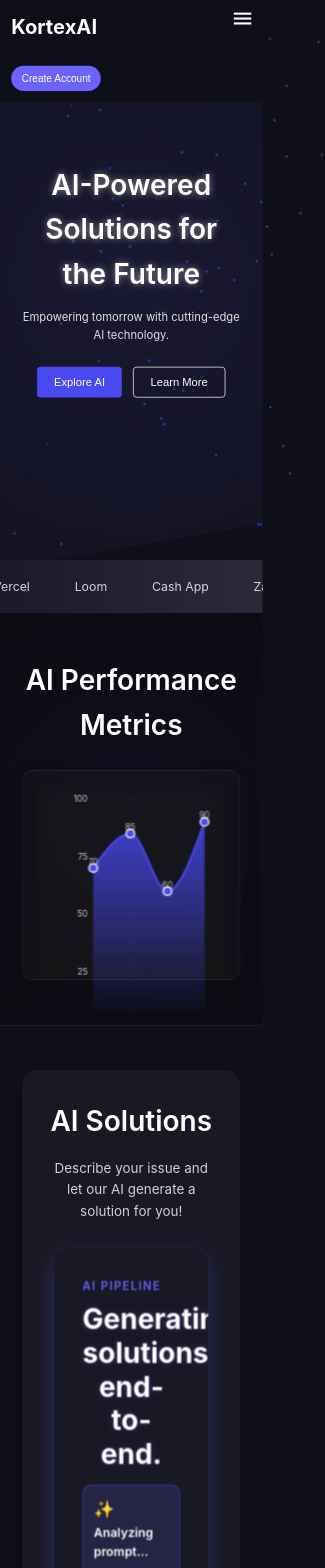
Repository: Rayyy-dev/Kortex-AI
Page: /
These files come from the project's save history. The page is drawn as it stood at one moment and after a run of saves; the edit follows.
The browser window is 375 px wide. The page is 462 px wide, then 464 px, so the pictures cover 464 px, including what lies to the right of the window. The pictures show the part of the page from y = 0 to 2240 px (the page is 5757 px tall before and 4954 px after), at 70% of full size.
The project was rebuilt for these pictures with package versions that can differ from the ones it lists, and the page was loaded fresh each time.

Above is the page before, as saved 2024-10-15 20:43:39.

### src/App.css
/* General Reset */
* {
  margin: 0;
  padding: 0;
  box-sizing: border-box;
}

:root {
  --primary-color: #6C63FF;
  --secondary-color: #4A47B1;
  --background-color: #0F0F1A;
  --text-color: #FFFFFF;
  --accent-color: #FF6B6B;
  --gradient-start: rgba(108, 99, 255, 0.1);
  --gradient-end: rgba(74, 71, 177, 0.05);
}

body {
  font-family: 'Inter', sans-serif;
  background-color: var(--background-color);
  color: var(--text-color);
  margin: 0;
  line-height: 1.6;
}

/* Navbar Styling */
.header {
  display: flex;
  justify-content: space-between;
  align-items: center;
  padding: 1rem 5%;
  background-color: rgba(15, 15, 26, 0.95);
  backdrop-filter: blur(10px);
  position: fixed;
  top: 0;
  left: 0;
  right: 0;
  z-index: 1000;
  transition: all 0.3s ease;
}

.logo {
  font-size: 1.8rem;
  font-weight: bold;
  color: var(--text-color);
}

.nav {
  display: flex;
}

.nav ul {
  display: flex;
  list-style: none;
  margin: 0;
  padding: 0;
}

.nav ul li {
  margin-left: 2rem;
}

.nav ul li a {
  color: var(--text-color);
  text-decoration: none;
  font-size: 1rem;
  transition: color 0.3s ease;
}

.nav ul li a:hover {
  color: var(--primary-color);
}

.create-account-btn {
  background-color: var(--primary-color);
  color: var(--text-color);
  padding: 0.75rem 1.5rem;
  border: none;
  border-radius: 25px;
  cursor: pointer;
  font-size: 1rem;
  transition: all 0.3s ease;
}

.create-account-btn:hover {
  background-color: var(--secondary-color);
  transform: translateY(-2px);
}

.menu-toggle {
  display: none;
  flex-direction: column;
  cursor: pointer;
}

.menu-toggle span {
  width: 25px;
  height: 3px;
  background-color: #ffffff;
  margin: 2px 0;
  transition: all 0.3s ease;
}

/* Main Section with Improved Gradient */
.main-section {
  background-color: var(--background-color);
  min-height: 100vh;
  display: flex;
  justify-content: center;
  align-items: center;
  position: relative;
  overflow: hidden;
}

.main-section::before {
  content: '';
  position: absolute;
  top: -50%;
  left: -50%;
  right: -50%;
  bottom: -50%;
  background:
    radial-gradient(
      circle at center,
      var(--gradient-start) 0%,
      var(--gradient-end) 50%,
      transparent 75%
    );
  animation: rotateGradient 30s linear infinite;
  z-index: 1;
}

.content-container {
  position: relative;
  z-index: 2;
  text-align: center;
  max-width: 800px;
  padding: 2rem;
}

.main-title {
  font-size: 3.5rem;
  margin-bottom: 1rem;
  color: var(--text-color);
  text-shadow: 0 0 10px rgba(108, 99, 255, 0.5);
}

.main-subtitle {
  font-size: 1.2rem;
  margin-bottom: 2rem;
  color: rgba(255, 255, 255, 0.8);
}

@keyframes rotateGradient {
  0% { transform: rotate(0deg); }
  100% { transform: rotate(360deg); }
}

/* Particle Effect */
@keyframes float {
  0%, 100% {
    transform: translate(0, 0);
    opacity: 0;
  }
  10%, 90% {
    opacity: 1;
  }
  50% {
    transform: translate(100px, -100px);
  }
}

.particle {
  position: absolute;
  width: 4px;
  height: 4px;
  background-color: rgba(74, 74, 240, 0.6);
  pointer-events: none;
  border-radius: 50%;
  animation: float linear infinite;
  z-index: 2;
}

/* Light Effect */
.light-effect {
  position: absolute;
  top: 0;
  left: 0;
  width: 100%;
  height: 100%;
  background: radial-gradient(circle, rgba(74, 74, 240, 0.2) 0%, rgba(74, 74, 240, 0) 70%);
  pointer-events: none;
  z-index: 3;
}

.content-container {
  position: relative;
  z-index: 4;
  text-align: center;
  max-width: 800px;
  padding: 2rem;
}

.main-title {
  font-size: 3rem;
  margin-bottom: 1rem;
  color: #ffffff;
  text-shadow: 0 0 10px rgba(255, 255, 255, 0.5);
}

.main-subtitle {
  font-size: 1.2rem;
  margin-bottom: 2rem;
  color: #e0e0e0;
}

/* Button Styling */
.buttons {
  display: flex;
  justify-content: center;
  gap: 1rem;
}

.open-app-btn,
.discover-more-btn {
  padding: 0.75rem 1.5rem;
  font-size: 1rem;
  border: none;
  border-radius: 5px;
  cursor: pointer;
  transition: all 0.3s ease;
}

.open-app-btn {
  background-color: #4a4af0;
  color: #ffffff;
}

.open-app-btn:hover {
  transform: translateY(-2px);
  box-shadow: 0 5px 15px rgba(255, 255, 255, 0.1);
}

.discover-more-btn {
  background-color: transparent;
  color: #ffffff;
  border: 1px solid #ffffff;
}

.discover-more-btn:hover {
  transform: translateY(-2px);
  box-shadow: 0 5px 15px rgba(255, 255, 255, 0.1);
}

/* Footer Section Styling */
.footer-section {
  background-color: var(--background-color);
  padding: 4rem 2rem 2rem;
  border-top: 1px solid rgba(255, 255, 255, 0.1);
}

.footer-content {
  display: flex;
  justify-content: space-between;
  flex-wrap: wrap;
  gap: 2rem;
  max-width: 1200px;
  margin: 0 auto;
}

.footer-column {
  flex: 1;
  min-width: 200px;
}

.footer-column h3 {
  font-size: 1.2rem;
  color: var(--text-color);
  margin-bottom: 1.5rem;
}

.footer-column ul {
  list-style-type: none;
  padding: 0;
}

.footer-column ul li {
  margin-bottom: 0.75rem;
}

.footer-column ul li a {
  color: rgba(255, 255, 255, 0.7);
  text-decoration: none;
  transition: color 0.3s ease;
}

.footer-column ul li a:hover {
  color: var(--primary-color);
}

.footer-bottom {
  margin-top: 3rem;
  padding-top: 2rem;
  border-top: 1px solid rgba(255, 255, 255, 0.1);
  display: flex;
  justify-content: space-between;
  align-items: center;
  flex-wrap: wrap;
}

.footer-bottom p {
  color: rgba(255, 255, 255, 0.7);
}

.social-links {
  display: flex;
  gap: 1rem;
}

.social-links a {
  color: rgba(255, 255, 255, 0.7);
  font-size: 1.5rem;
  transition: color 0.3s ease;
}

.social-links a:hover {
  color: var(--primary-color);
}

.defi-horizons {
  text-align: center;
  margin-bottom: 1.5rem;
}

.defi-horizons span {
  font-size: 1.2rem;
  color: #ffffff;
  letter-spacing: 2px;
  text-transform: uppercase;
}

.partners {
  display: flex;
  justify-content: center;
  align-items: center;
  flex-wrap: wrap;
  gap: 2rem;
  margin-top: 3rem;
}

.partner {
  color: rgba(255, 255, 255, 0.6);
  font-size: 1.2rem;
  transition: all 0.3s ease;
  position: relative;
  cursor: pointer;
  padding: 0.5rem 1rem;
}

.partner::after {
  content: '';
  position: absolute;
  bottom: -5px;
  left: 0;
  width: 100%;
  height: 2px;
  background-color: #4a4af0;
  transform: scaleX(0);
  transition: transform 0.3s ease;
}

.partner:hover {
  color: #ffffff;
  transform: translateY(-5px);
}

.partner:hover::after {
  transform: scaleX(1);
}

/* Graph Section */
.graph-section {
  background-color: rgba(10, 10, 10, 0.8);
  padding: 4rem 0;
  margin-top: 2rem;
  position: relative;
  overflow: hidden;
}

.graph-title {
  text-align: center;
  color: #ffffff;
  font-size: 2rem;
  margin-bottom: 2rem;
  text-transform: uppercase;
  letter-spacing: 2px;
}

.graph-container {
  max-width: 900px;
  height: 400px;
  margin: 0 auto;
  position: relative;
  z-index: 1;
  background: linear-gradient(145deg, #0a0a0a, #1a1a1a);
  border-radius: 15px;
  padding: 20px;
  box-shadow: 0 0 30px rgba(74, 74, 240, 0.2);
}

/* Recharts Customization */
.recharts-cartesian-grid-horizontal line,
.recharts-cartesian-grid-vertical line {
  stroke: #2a2a2a;
}

.recharts-text {
  fill: #ffffff;
  font-size: 0.9rem;
}

.recharts-line {
  filter: drop-shadow(0 0 8px rgba(74, 74, 240, 0.6));
}

.recharts-tooltip-wrapper {
  filter: drop-shadow(0 0 10px rgba(74, 74, 240, 0.8));
}

.custom-tooltip {
  background-color: rgba(26, 26, 26, 0.9);
  border: 1px solid #4a4af0;
  padding: 10px;
  border-radius: 5px;
  box-shadow: 0 0 15px rgba(74, 74, 240, 0.4);
}

.custom-tooltip .label {
  color: #ffffff;
  font-size: 0.9rem;
  margin: 0;
}

/* Media Queries */
@media (max-width: 768px) {
  .header {
    padding: 20px;
  }

  .nav ul {
    gap: 10px;
  }

  .nav ul li {
    padding: 5px 10px;
    font-size: 0.9rem;
  }

  .create-account-btn {
    padding: 10px 15px;
    font-size: 0.9rem;
  }

  .main-title {
    font-size: 2rem;
  }

  .main-subtitle {
    font-size: 1rem;
  }

  .graph-container {
    height: 300px;
    padding: 10px;
  }

  .graph-title {
    font-size: 1.5rem;
  }
}

/* Parallax Section */
.parallax-section {
  position: relative;
  background: linear-gradient(135deg, #0a0a0a, #000000);
  min-height: 100vh;
  display: flex;
  justify-content: center;
  align-items: center;
  overflow: hidden;
}

.parallax-section::before {
  content: '';
  position: absolute;
  top: -50%;
  left: -50%;
  width: 200%;
  height: 200%;
  background: radial-gradient(circle, rgba(74, 74, 240, 0.1) 0%, rgba(74, 74, 240, 0) 70%);
  animation: rotate 20s linear infinite;
}

@keyframes rotate {
  0% { transform: rotate(0deg); }
  100% { transform: rotate(360deg); }
}

.parallax-content {
  position: relative;
  z-index: 2;
  width: 100%;
  max-width: 1000px;
  padding: 0 20px;
}

/* AI Solution Box Styles */
.ai-solution-box {
  background-color: rgba(26, 26, 38, 0.95);
  border-radius: 20px;
  padding: 40px;
  width: 100%;
  box-shadow: 0 10px 30px rgba(0, 0, 0, 0.2);
  color: var(--text-color);
  margin: 0 auto;
}

.ai-solution-box h2 {
  font-size: 2.5rem;
  margin-bottom: 20px;
  color: var(--text-color);
  text-align: center;
}

.ai-solution-box > p {
  font-size: 1.2rem;
  margin-bottom: 30px;
  text-align: center;
  color: rgba(255, 255, 255, 0.8);
}

/* AI Pipeline Section */
.ai-pipeline-section {
  background-color: rgba(26, 26, 38, 0.8);
  padding: 40px;
  border-radius: 20px;
  box-shadow: 0 10px 30px rgba(108, 99, 255, 0.3);
  backdrop-filter: blur(10px);
  margin: 40px auto;
  max-width: 1000px;
  width: 95%;
  position: relative;
  overflow: hidden;
  transition: all 0.3s ease;
}

.ai-pipeline-section:hover {
  box-shadow: 0 15px 40px rgba(108, 99, 255, 0.4);
  transform: translateY(-5px);
}

.ai-pipeline-content {
  display: flex;
  justify-content: space-between;
  align-items: stretch;
  gap: 40px;
  position: relative;
  z-index: 1;
}

.ai-pipeline-text {
  flex: 1;
  display: flex;
  flex-direction: column;
}

.ai-pipeline-subtitle {
  color: var(--primary-color);
  font-size: 1rem;
  margin-bottom: 10px;
  text-transform: uppercase;
  letter-spacing: 2px;
  font-weight: 600;
}

.ai-pipeline-title {
  color: var(--text-color);
  font-size: 2.2rem;
  margin-bottom: 25px;
  line-height: 1.2;
  font-weight: bold;
  text-shadow: 0 0 10px rgba(108, 99, 255, 0.3);
}

.ai-pipeline-steps {
  display: flex;
  flex-direction: column;
  gap: 15px;
  margin-bottom: 25px;
}

.ai-pipeline-step {
  background-color: rgba(255, 255, 255, 0.05);
  padding: 15px;
  border-radius: 12px;
  transition: all 0.3s ease;
  cursor: pointer;
  border: 1px solid transparent;
}

.ai-pipeline-step:hover {
  background-color: rgba(108, 99, 255, 0.1);
  transform: translateX(5px);
  border-color: rgba(108, 99, 255, 0.3);
}

.ai-pipeline-step.active {
  background-color: rgba(108, 99, 255, 0.15);
  transform: translateX(10px);
  border-color: rgba(108, 99, 255, 0.5);
}

.step-icon {
  font-size: 1.5rem;
  margin-right: 12px;
  vertical-align: middle;
  color: var(--primary-color);
}

.ai-pipeline-step h4 {
  color: var(--text-color);
  font-size: 1.1rem;
  margin-bottom: 8px;
  display: inline-block;
  vertical-align: middle;
}

.ai-pipeline-step p {
  color: rgba(255, 255, 255, 0.8);
  font-size: 0.9rem;
  margin-left: 35px;
  line-height: 1.5;
  transition: all 0.3s ease;
}

.ai-pipeline-visual {
  flex: 0 0 280px;
  display: flex;
  flex-direction: column;
  align-items: center;
  justify-content: center;
  background-color: rgba(15, 15, 26, 0.5);
  border-radius: 12px;
  padding: 15px;
}

.ai-orb {
  width: 200px;
  height: 200px;
  background: conic-gradient(from 0deg, var(--primary-color), var(--secondary-color), var(--primary-color));
  border-radius: 50%;
  display: flex;
  justify-content: center;
  align-items: center;
  animation: rotate 10s linear infinite;
  box-shadow: 0 0 40px rgba(108, 99, 255, 0.5);
  position: relative;
}

.ai-orb::before {
  content: '';
  position: absolute;
  top: -10px;
  left: -10px;
  right: -10px;
  bottom: -10px;
  background: inherit;
  border-radius: inherit;
  filter: blur(20px);
  opacity: 0.7;
  z-index: -1;
}

.ai-orb-inner {
  width: 80%;
  height: 80%;
  background-color: var(--background-color);
  border-radius: 50%;
  display: flex;
  justify-content: center;
  align-items: center;
  font-size: 2rem;
  color: var(--primary-color);
  text-shadow: 0 0 8px rgba(108, 99, 255, 0.5);
}

.generating-text {
  color: var(--text-color);
  font-size: 1rem;
  margin-top: 15px;
  text-align: center;
  font-weight: bold;
  text-shadow: 0 0 4px rgba(108, 99, 255, 0.5);
}

/* Get Started Button Container */
.get-started-container {
  margin-top: auto; /* Push the button to the bottom */
  text-align: left; /* Align with the steps */
}

/* Get Started Button Styles */
.get-started-btn {
  display: inline-block;
  padding: 12px 24px;
  background: linear-gradient(45deg, var(--primary-color), var(--secondary-color));
  color: var(--text-color);
  font-size: 1rem;
  font-weight: bold;
  text-transform: uppercase;
  letter-spacing: 1px;
  border: none;
  border-radius: 25px;
  cursor: pointer;
  transition: all 0.3s ease;
  box-shadow: 0 4px 12px rgba(108, 99, 255, 0.3);
  position: relative;
  overflow: hidden;
}

.get-started-btn::before {
  content: '';
  position: absolute;
  top: -2px;
  left: -2px;
  right: -2px;
  bottom: -2px;
  background: linear-gradient(45deg, var(--primary-color), var(--secondary-color), var(--primary-color));
  z-index: -1;
  filter: blur(10px);
  opacity: 0;
  transition: opacity 0.3s ease;
}

.get-started-btn:hover {
  transform: translateY(-3px);
  box-shadow: 0 8px 20px rgba(108, 99, 255, 0.5);
}

.get-started-btn:hover::before {
  opacity: 1;
}

.get-started-btn:active {
  transform: translateY(1px);
  box-shadow: 0 2px 10px rgba(108, 99, 255, 0.3);
}

/* Media query for responsiveness */
@media (max-width: 768px) {
  .ai-pipeline-content {
    flex-direction: column;
  }

  .ai-pipeline-visual {
    margin-top: 40px;
  }

  .get-started-container {
    text-align: center; /* Center the button on smaller screens */
    margin-top: 30px; /* Add some space above the button */
  }
}

/* Remove these styles */
.input-group,
.generate-btn,
.solution-output {
  display: none;
}

/* Add these new styles to your existing CSS */

.footer-links {
  display: flex;
  justify-content: space-between;
  flex-wrap: wrap;
  margin-top: 3rem;
  padding-top: 3rem;
  border-top: 1px solid rgba(255, 255, 255, 0.1);
}

.footer-column {
  flex: 1;
  min-width: 200px;
  margin-bottom: 2rem;
}

.footer-column h3 {
  font-size: 1.2rem;
  margin-bottom: 1rem;
  color: #ffffff;
}

.footer-column ul {
  list-style-type: none;
  padding: 0;
}

.footer-column ul li {
  margin-bottom: 0.5rem;
}

.footer-column ul li a {
  color: rgba(255, 255, 255, 0.7);
  text-decoration: none;
  transition: color 0.3s ease;
}

.footer-column ul li a:hover {
  color: #ffffff;
}

.beta-tag, .new-tag {
  font-size: 0.7rem;
  padding: 0.2em 0.4em;
  border-radius: 0.3em;
  margin-left: 0.5em;
  text-transform: uppercase;
}

.beta-tag {
  background-color: #4a4af0;
  color: #ffffff;
}

.new-tag {
  background-color: #00ff00;
  color: #000000;
}

.footer-bottom {
  display: flex;
  justify-content: space-between;
  align-items: center;
  padding-top: 2rem;
  border-top: 1px solid rgba(255, 255, 255, 0.1);
}

.footer-bottom p {
  color: rgba(255, 255, 255, 0.7);
  font-size: 0.9rem;
}

.social-links {
  display: flex;
  gap: 1rem;
}

.awards {
  display: flex;
  align-items: center;
}

.award-text {
  background-color: rgba(255, 255, 255, 0.1);
  color: #ffffff;
  padding: 0.5em 1em;
  border-radius: 1em;
  font-size: 0.8rem;
}

@media (max-width: 768px) {
  .footer-links {
    flex-direction: column;
  }

  .footer-bottom {
    flex-direction: column;
    align-items: flex-start;
    gap: 1rem;
  }
}
/* FAQ Section Styles */
.faq-section {
  margin-top: 4rem;
  padding: 4rem 2rem;
  background-color: rgba(26, 26, 38, 0.95);
  border-radius: 20px;
  box-shadow: 0 10px 30px rgba(0, 0, 0, 0.2);
}

.faq-title {
  font-size: 2.5rem;
  color: var(--text-color);
  text-align: center;
  margin-bottom: 3rem;
}

.faq-list {
  display: flex;
  flex-direction: column;
  gap: 1.5rem;
  max-width: 800px;
  margin: 0 auto;
}

.faq-item {
  background-color: rgba(38, 38, 54, 0.8);
  border-radius: 10px;
  overflow: hidden;
  transition: all 0.3s ease;
}

.faq-item h3 {
  font-size: 1.2rem;
  color: var(--text-color);
  padding: 1.5rem;
  cursor: pointer;
  display: flex;
  justify-content: space-between;
  align-items: center;
}

.faq-toggle {
  font-size: 1.5rem;
  color: var(--primary-color);
  transition: transform 0.3s ease;
}

.faq-answer {
  max-height: 0;
  overflow: hidden;
  transition: max-height 0.3s ease;
}

.faq-answer p {
  padding: 0 1.5rem 1.5rem;
  color: rgba(255, 255, 255, 0.8);
  font-size: 1rem;
  line-height: 1.6;
}

.faq-item:hover {
  background-color: rgba(108, 99, 255, 0.1);
}

.faq-item.active .faq-answer {
  max-height: 500px;
}

.faq-item.active .faq-toggle {
  transform: rotate(45deg);
}

/* Add these new styles at the end of your existing CSS file */

.back-to-top {
  position: fixed;
  bottom: 20px;
  right: 20px;
  background-color: #4a4af0;
  color: #ffffff;
  width: 40px;
  height: 40px;
  border-radius: 50%;
  display: flex;
  justify-content: center;
  align-items: center;
  font-size: 20px;
  cursor: pointer;
  transition: all 0.3s ease;
  border: none;
  outline: none;
  box-shadow: 0 2px 10px rgba(74, 74, 240, 0.3);
  z-index: 1000;
}

.back-to-top:hover {
  background-color: #3a3ad0;
  transform: translateY(-3px);
  box-shadow: 0 4px 15px rgba(74, 74, 240, 0.4);
}

@keyframes fadeIn {
  from { opacity: 0; }
  to { opacity: 1; }
}

.ai-pipeline-step {
  opacity: 0;
  transform: translateY(20px);
  transition: opacity 0.5s ease, transform 0.5s ease;
}

.ai-pipeline-step.active {
  opacity: 1;
  transform: translateY(0);
}

.ai-orb {
  animation: pulse 2s infinite;
}

@keyframes pulse {
  0% { transform: scale(1); }
  50% { transform: scale(1.05); }
  100% { transform: scale(1); }
}

/* Update the existing styles for better responsiveness */

@media (max-width: 768px) {
  .header {
    flex-direction: column;
    padding: 1rem;
  }

  .nav {
    margin-top: 1rem;
  }

  .nav ul {
    flex-direction: column;
    align-items: center;
  }

  .create-account-btn {
    margin-top: 1rem;
  }

  .main-title {
    font-size: 2.5rem;
  }

  .ai-pipeline-content {
    flex-direction: column;
  }

  .ai-pipeline-visual {
    margin-top: 2rem;
  }

  .footer-links {
    flex-direction: column;
  }

  .footer-bottom {
    flex-direction: column;
    text-align: center;
  }
}

/* Partner Strip */
.partner-strip {
  background: linear-gradient(90deg, #1a1a2a, #2a2a3a);
  padding: 1.5rem 0;
  overflow: hidden;
  position: relative;
}

.partner-strip-content {
  display: flex;
  animation: moveStrip 30s linear infinite;
  white-space: nowrap;
}

.partner-strip-content span {
  padding: 0 2rem;
  font-size: 1.1rem;
  color: rgba(255, 255, 255, 0.8);
  transition: all 0.3s ease;
}

.partner-strip-content span:hover {
  color: var(--primary-color);
  transform: translateY(-2px);
}

@keyframes moveStrip {
  0% { transform: translateX(0); }
  100% { transform: translateX(-50%); }
}

/* Performance Metrics Section */
.performance-metrics {
  background-color: #0a0a0a;
  padding: 4rem 2rem;
  position: relative;
  overflow: hidden;
}

.performance-metrics::before {
  content: '';
  position: absolute;
  top: -50%;
  left: -50%;
  right: -50%;
  bottom: -50%;
  background: radial-gradient(circle at center, rgba(74, 74, 240, 0.1) 0%, transparent 70%);
  animation: pulse 10s infinite alternate;
}

.performance-metrics h2 {
  text-align: center;
  font-size: 2.5rem;
  margin-bottom: 2rem;
  color: #ffffff;
  position: relative;
}

.graph-container {
  position: relative;
  z-index: 1;
  background: rgba(26, 26, 26, 0.4);
  border-radius: 15px;
  padding: 20px;
  box-shadow: 0 8px 32px rgba(0, 0, 0, 0.1);
  backdrop-filter: blur(10px);
  animation: fadeInUp 1s ease-out;
  border: 1px solid rgba(255, 255, 255, 0.1);
}

.recharts-wrapper {
  backdrop-filter: blur(5px);
}

.recharts-cartesian-grid-horizontal line,
.recharts-cartesian-grid-vertical line {
  stroke: rgba(255, 255, 255, 0.1);
}

.recharts-text {
  fill: rgba(255, 255, 255, 0.8);
  font-size: 12px;
}

.recharts-area {
  animation: drawChart 1.5s ease-out forwards;
}

.recharts-tooltip-wrapper {
  background-color: rgba(26, 26, 26, 0.8);
  border: 1px solid rgba(255, 255, 255, 0.1);
}

@import url('https://fonts.googleapis.com/css2?family=Inter:wght@300;400;600;700&display=swap');

body {
  font-family: 'Inter', sans-serif;
}

h1, h2, h3, h4, h5, h6 {
  font-weight: 600;
}

html {
  scroll-behavior: smooth;
}

.fade-in {
  opacity: 0;
  transform: translateY(20px);
  transition: opacity 0.5s ease, transform 0.5s ease;
}

.fade-in.visible {
  opacity: 1;
  transform: translateY(0);
}

@media (max-width: 768px) {
  .header {
    flex-direction: column;
    align-items: flex-start;
    padding: 1rem;
  }

  .logo {
    margin-bottom: 1rem;
  }

  .nav {
    width: 100%;
    display: none;
  }

  .nav.active {
    display: block;
  }

  .nav ul {
    flex-direction: column;
    align-items: flex-start;
  }

  .nav ul li {
    margin: 0.5rem 0;
  }

  .create-account-btn {
    margin-top: 1rem;
  }

  .menu-toggle {
    display: flex;
    position: absolute;
    top: 1rem;
    right: 1rem;
    z-index: 1001;
  }

  .menu-toggle span {
    width: 25px;
    height: 3px;
    background-color: #ffffff;
    margin: 2px 0;
    transition: all 0.3s ease;
  }

  .menu-toggle.active span:nth-child(1) {
    transform: rotate(45deg) translate(5px, 5px);
  }

  .menu-toggle.active span:nth-child(2) {
    opacity: 0;
  }

  .menu-toggle.active span:nth-child(3) {
    transform: rotate(-45deg) translate(7px, -6px);
  }
}

@keyframes pulse {
  0% { transform: scale(1); }
  100% { transform: scale(1.1); }
}

@keyframes fadeInUp {
  from {
    opacity: 0;
    transform: translateY(20px);
  }
  to {
    opacity: 1;
    transform: translateY(0);
  }
}

.recharts-cartesian-grid-horizontal line,
.recharts-cartesian-grid-vertical line {
  stroke: rgba(255, 255, 255, 0.1);
}

.recharts-text {
  fill: rgba(255, 255, 255, 0.8);
  font-size: 12px;
}

.recharts-area {
  animation: drawChart 1.5s ease-out forwards;
}

@keyframes drawChart {
  from {
    opacity: 0;
    transform: translateY(20px);
  }
  to {
    opacity: 1;
    transform: translateY(0);
  }
}

@import url('https://fonts.googleapis.com/css2?family=Inter:wght@300;400;600;700&display=swap');

body {
  font-family: 'Inter', sans-serif;
}

h1, h2, h3, h4, h5, h6 {
  font-weight: 600;
}

html {
  scroll-behavior: smooth;
}

.fade-in {
  opacity: 0;
  transform: translateY(20px);
  transition: opacity 0.5s ease, transform 0.5s ease;
}

.fade-in.visible {
  opacity: 1;
  transform: translateY(0);
}

@media (max-width: 768px) {
  .header {
    flex-direction: column;
    align-items: flex-start;
    padding: 1rem;
  }

  .logo {
    margin-bottom: 1rem;
  }

  .nav {
    width: 100%;
    display: none;
  }

  .nav.active {
    display: block;
  }

  .nav ul {
    flex-direction: column;
    align-items: flex-start;
  }

  .nav ul li {
    margin: 0.5rem 0;
  }

  .create-account-btn {
    margin-top: 1rem;
  }

  .menu-toggle {
    display: flex;
    position: absolute;
    top: 1rem;
    right: 1rem;
    z-index: 1001;
  }

  .menu-toggle span {
    width: 25px;
    height: 3px;
    background-color: #ffffff;
    margin: 2px 0;
    transition: all 0.3s ease;
  }

  .menu-toggle.active span:nth-child(1) {
    transform: rotate(45deg) translate(5px, 5px);
  }

  .menu-toggle.active span:nth-child(2) {
    opacity: 0;
  }

  .menu-toggle.active span:nth-child(3) {
    transform: rotate(-45deg) translate(7px, -6px);
  }
}

Loaded but not shown: public/index.html (common file); src/index.js (common file); src/index.css (common file); src/reportWebVitals.js (common file); src/App.js (424 lines, source omitted)

After the next 2 saves:
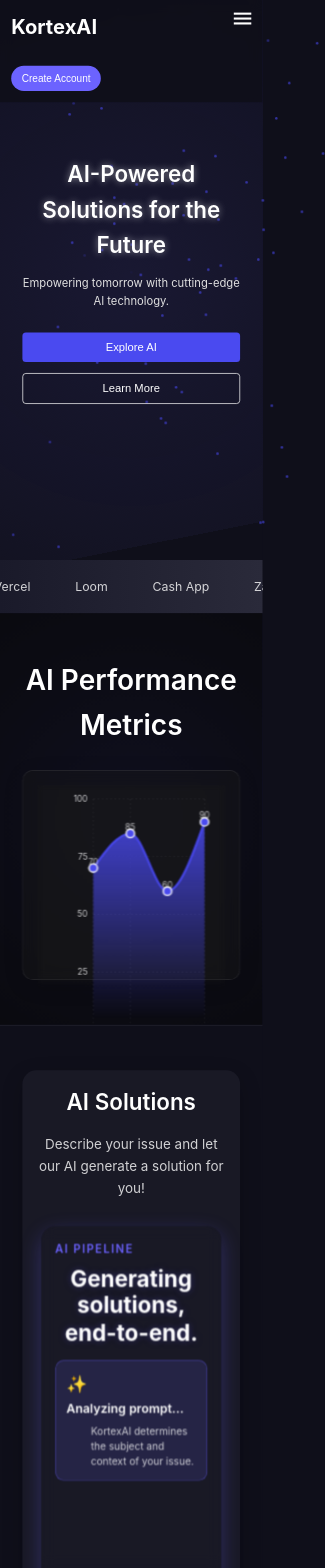
The 2 saves are shown as one change because they came seconds apart.
The last was saved 39 s later.
--- a/src/App.css
+++ b/src/App.css
@@ -1358,3 +1358,100 @@
     transform: rotate(-45deg) translate(7px, -6px);
   }
 }
+
+@media (max-width: 480px) {
+  .main-title {
+    font-size: 2rem;
+  }
+
+  .main-subtitle {
+    font-size: 1rem;
+  }
+
+  .buttons {
+    flex-direction: column;
+    gap: 1rem;
+  }
+
+  .open-app-btn,
+  .discover-more-btn {
+    width: 100%;
+  }
+
+  .ai-solution-box {
+    padding: 20px;
+  }
+
+  .ai-solution-box h2 {
+    font-size: 2rem;
+  }
+
+  .ai-pipeline-section {
+    padding: 20px;
+  }
+
+  .ai-pipeline-title {
+    font-size: 1.8rem;
+  }
+
+  .ai-orb {
+    width: 150px;
+    height: 150px;
+  }
+
+  .faq-title {
+    font-size: 2rem;
+  }
+
+  .faq-item h3 {
+    font-size: 1rem;
+    padding: 1rem;
+  }
+
+  .faq-answer p {
+    padding: 0 1rem 1rem;
+  }
+}
+
+@keyframes pulse {
+  0% {
+    transform: scale(1);
+    opacity: 1;
+  }
+  50% {
+    transform: scale(1.05);
+    opacity: 0.8;
+  }
+  100% {
+    transform: scale(1);
+    opacity: 1;
+  }
+}
+
+.pulse {
+  animation: pulse 2s infinite;
+}
+
+.hidden {
+  display: none;
+}
+
+.fade-in {
+  opacity: 0;
+  transition: opacity 0.5s ease-in-out;
+}
+
+.fade-in.visible {
+  opacity: 1;
+}
+
+.slide-in {
+  transform: translateY(50px);
+  opacity: 0;
+  transition: transform 0.5s ease-out, opacity 0.5s ease-out;
+}
+
+.slide-in.visible {
+  transform: translateY(0);
+  opacity: 1;
+}
